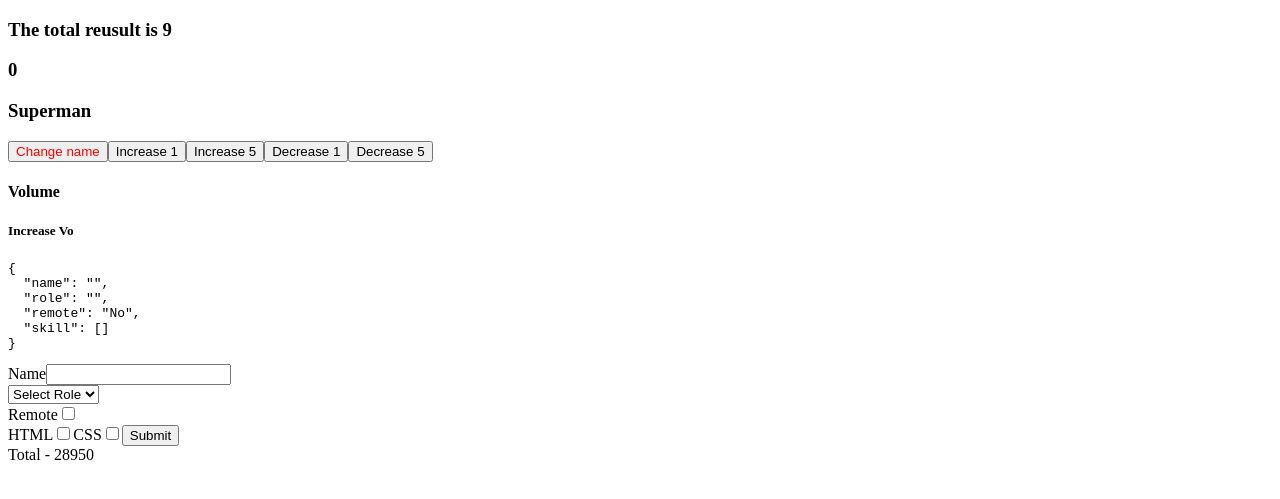
Repository: KZH2001/Vue_Practice
Page: / (app in Tutorial/)
An editor plug-in stored every save of this project. The page is shown before and after the next save, followed by the edit.
The browser window is 1280 px wide. The pictures show the whole page.
The project was rebuilt for these pictures with package versions that can differ from the ones it lists, and the page was loaded fresh each time. Also part of the build but not shown: Tutorial/vite.config.js.

Above is the page before, as saved 2026-01-20 22:39:51.

### Tutorial/src/App.vue


  <template>
  <h3>The total reusult is {{ add(2,3,4) }}</h3>
  <h3>{{ number  }}</h3>

  <h3 v-once>{{ name }}</h3>
  <button  v-bind:style="{color:color}" v-on:click="name = 'Batman'">Change name</button>
  <button @click="increaseNumber(1)">Increase 1</button>
  <button @click="increaseNumber(5)">Increase 5</button>
  <button @click="decreaseNumber(1)">Decrease 1</button>
  <button @click="decreaseNumber(5)">Decrease 5</button>


  <h4>Volume</h4>
  <h5>Increase Vo</h5>

  <pre>{{ JSON.stringify(formValues, null, 2) }}</pre>


  <form action="" @submit="submitForm">
    <label for="name">Name</label>
    <input v-model="formValues.name" id="name" type="text">
    <br>

    <select name="" id="" v-model="formValues.role">
      <option value="">Select Role</option>
      <option value="Web">Web</option>
      <option value="Network">Network</option>
    </select>
    <br>

    <label for="">Remote</label>
    <input v-model="formValues.remote" type="checkbox" true-value ="Yes" false-value="No">
    <br>
    <label for="">HTML</label>
    <input v-model="formValues.skill" value="HTML" type="checkbox">

     <label for="">CSS</label>
    <input v-model="formValues.skill" value="CSS" type="checkbox">

    <button>Submit</button>
  </form>


  <!-- <di>Total - {{ items.reduce((total,curr)=> (total =  total + curr.price),0) }}</di> -->
   <div>Total - {{ items.reduce((total,curr) => (total += curr.price),0) }}</div>
  </template>

  <style scoped>

  </style>

  <script >
    export default{


      data(){
        return{
          name: 'Superman',
          color: 'red',
          number: 0,
          formValues: {
            name: '',
            role: '',
            remote: "No",
            skill: [],
          },
            items: [
              {
              id: 1,
              firstName: "Kyz",
              price: 300
              },
               {
              id: 2,
              firstName: "Rye",
              price: 1300
              },
               {
              id: 3,
              firstName: "Crt",
              price: 21030
              },
               {
              id: 4,
              firstName: "Cxz",
              price: 3120
              },
               {
              id: 5,
              firstName: "Yte",
              price: 3200
              },
            ]
        }
      },
      methods: {
      add(a,b,c){
        return a+b+c
      },

      increaseNumber(num){
        this.number += num
      },

      decreaseNumber(num){
        this.number -= num
      },

      submitForm(w){
        w.preventDefault();
        console.log("result", this.formValues)
      }

    }

  }

  </script>

Loaded but not shown: Tutorial/index.html (common file); Tutorial/src/main.js (common file)

After the next save:
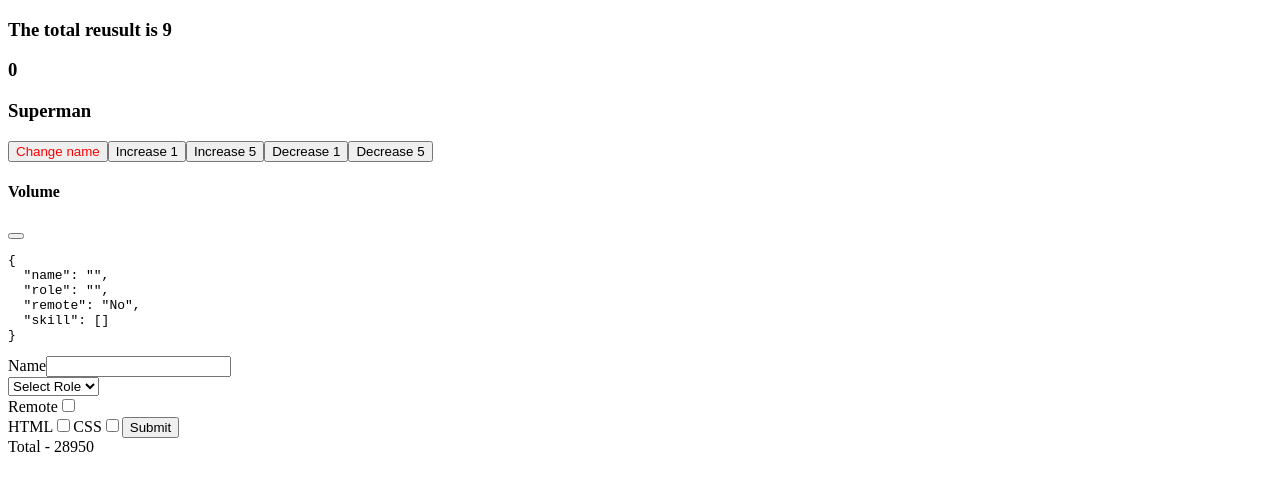
Saved 5 s later.
--- a/Tutorial/src/App.vue
+++ b/Tutorial/src/App.vue
@@ -13,7 +13,7 @@
 
 
   <h4>Volume</h4>
-  <h5>Increase Vo</h5>
+  <button></button>
 
   <pre>{{ JSON.stringify(formValues, null, 2) }}</pre>
 
